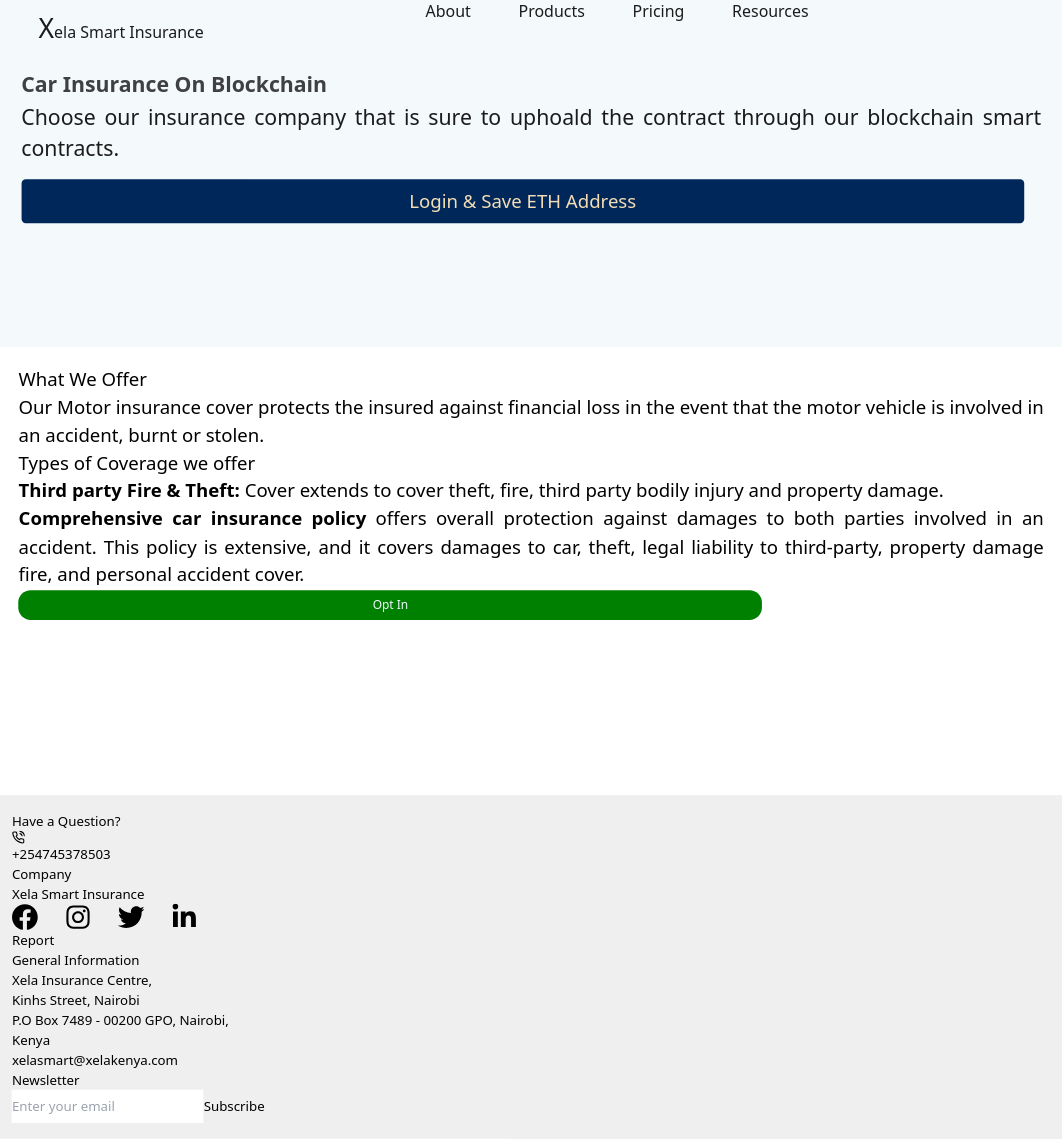
Repository: ALVIN-OBONYO/Xela-smart_insuarance
Page: / (app in frontend/)
The author's editor kept a copy of each file at every save. The page is drawn from the files as they stood at one save, then again after the next save.
The browser window is 1280 px wide. The pictures show the whole page, at 83% of full size.
The project was rebuilt for these pictures with package versions that can differ from the ones it lists, and the page was loaded fresh each time. Also part of the build but not shown: frontend/src/Components/Cards.jsx, frontend/src/Pages/Policies.jsx, frontend/src/Components/Calendar.css, frontend/src/Components/Calendar.jsx, frontend/src/Components/Input.js, frontend/src/Components/Upload.css, frontend/src/Components/Upload.js, frontend/src/Pages/ReportForm.jsx and 3 more.

Above is the page before, as saved 2022-10-03 10:15:04.

After the next save:
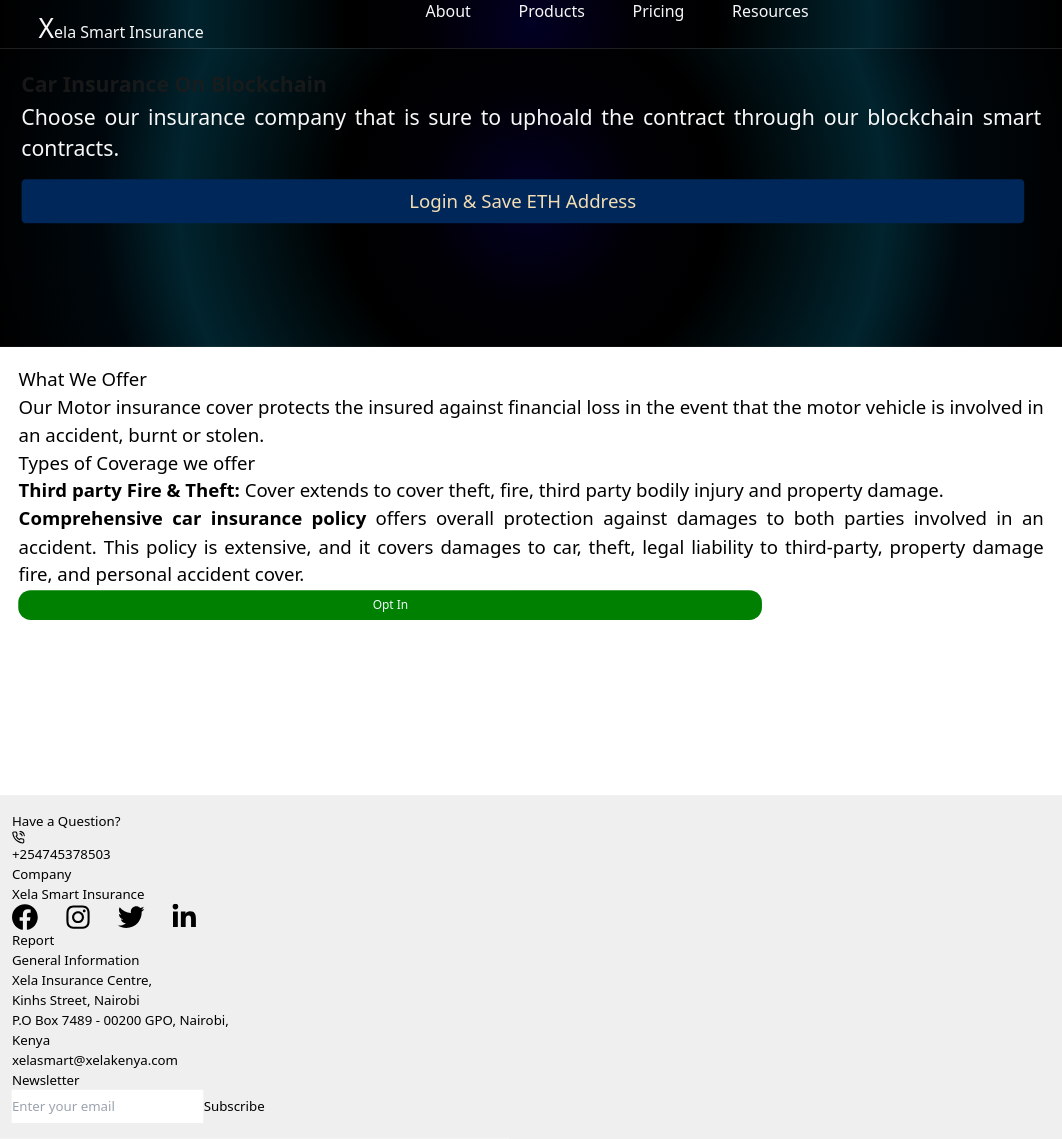
Saved 23 min 7 s later.
--- a/frontend/src/Components/Navbar.css
+++ b/frontend/src/Components/Navbar.css
@@ -45,8 +45,9 @@ nav {
     color: rgba(27, 27, 27, 0.836);
 }
 #top, nav {
-    background-color: rgb(244, 249, 252);
-    color: rgb(27, 27, 27);
+    background: rgb(2,0,36);
+    background: radial-gradient(circle, rgba(2,0,36,1) 0%, rgba(1,0,5,1) 20%, rgba(0,0,0,1) 35%, rgba(1,36,46,1) 64%, rgba(0,8,13,1) 78%, rgba(0,0,0,1) 100%);
+    color: rgb(248, 248, 248);
 }
 #top-pg {
 
